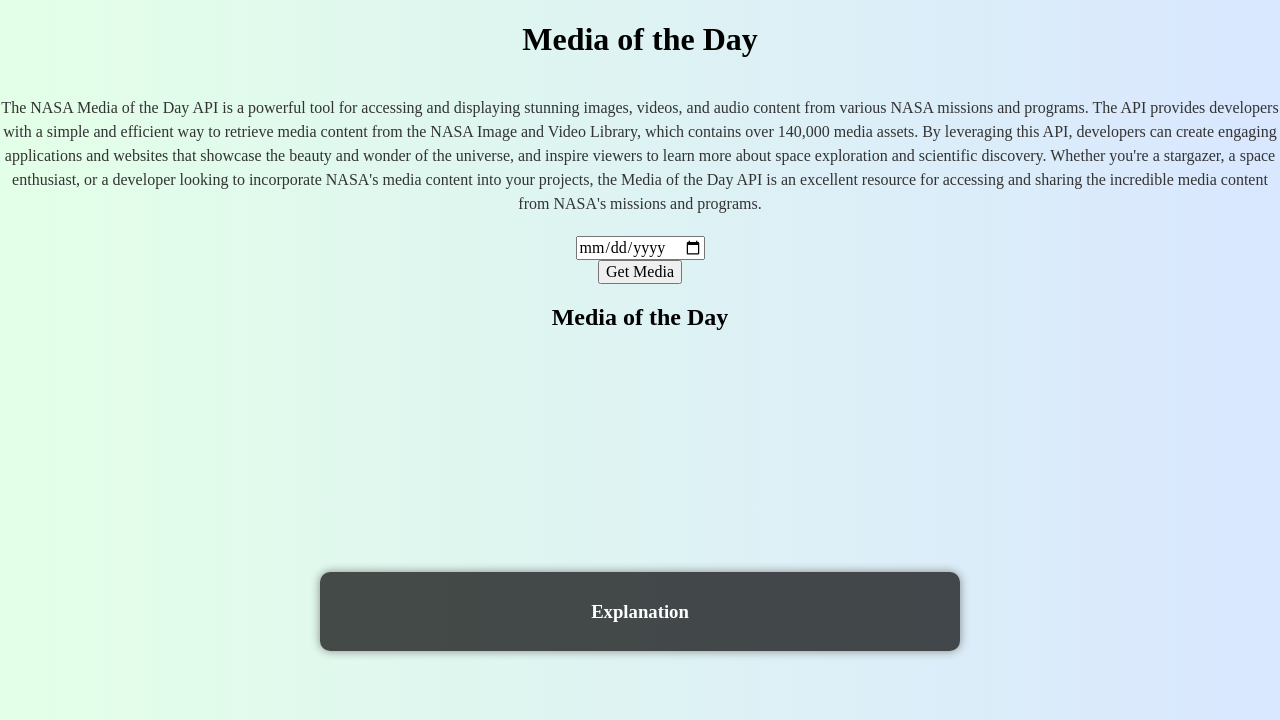
Repository: lvcg/nasa-api-template-
Page: index.html
These files come from the project's save history. The page is drawn as it stood at one moment and after the next save; the edit follows.
The browser window is 1280 px wide. The pictures show the whole page.

Above is the page before, as saved 2023-02-28 20:11:24.
Console error: TypeError: Cannot read properties of null (reading 'removeAttribute')

### index.html
<!DOCTYPE html>
<html lang="en">
  <head>
    <meta charset="utf-8">
    <meta name="description" content="A simple Picture of the Day app using NASA's API">
    <meta name="keywords" content="NASA, API, Picture of the Day, Astronomy, Space">

    <title>Nasa Media of the day</title>

    <!-- external CSS link -->
    <link rel="stylesheet" href="css/normalize.css">
    <link rel="stylesheet" href="css/style.css">
  </head>
  <body>
    <div class="container">
      <h1>Media of the Day</h1>
      <p>The NASA Media of the Day API is a powerful tool for accessing and displaying stunning images, videos, and audio content from various NASA missions and programs. The API provides developers with a simple and efficient way to retrieve media content from the NASA Image and Video Library, which contains over 140,000 media assets. By leveraging this API, developers can create engaging applications and websites that showcase the beauty and wonder of the universe, and inspire viewers to learn more about space exploration and scientific discovery. Whether you're a stargazer, a space enthusiast, or a developer looking to incorporate NASA's media content into your projects, the Media of the Day API is an excellent resource for accessing and sharing the incredible media content from NASA's missions and programs.</p>
      <input type="date" name="">
      <button type="button">Get Media</button>

      <h2>Media of the Day</h2>

      <img id="nasa-media" onclick="removeImage()" src="" alt="">

      <iframe src="" frameborder="0"></iframe>
      <div class="text-block">
        <h3>Explanation</h3>
      </div>
    </div>
    <script type="text/javascript" src="js/main.js"></script>
  </body>
</html>

### css/style.css
/* Box Model Hack */
* {
  box-sizing: border-box;
}

/* LAYOUT */
body {
  background-image: linear-gradient(90deg, #e3ffe7, #d9e7ff);
  background-repeat: no-repeat;
  background-size: cover;
  background-position: center center;
  background-attachment: fixed;
}

p {
  font-size: 16px;
  line-height: 1.5;
  color: #333;
  margin-bottom: 20px;
  text-align: center;
}


img {
  display: block;
  max-width: 100%;
  height: auto;
  margin: 30px auto;
  border-radius: 10px;
  box-shadow: 0px 0px 10px #888888;
}

/* ADDITIONAL STYLES */
/* Container holding the image and the text */
.container {
  display: flex;
  flex-direction: column;
  align-items: center;
  text-align: center;
}

/* Bottom right text */
.text-block {
  position: relative;
  bottom: 20px;
  background-color: rgba(0, 0, 0, 0.7);
  color: white;
  padding: 10px 20px;
  border-radius: 10px;
  box-shadow: 0px 0px 10px #888888;
  width: 50%;
  margin: 30px auto;
}

@media (max-width: 600px) {
  .text-block {
    width: 90%;
  }
}

### js/main.js
//Example fetch using pokemonapi.co
document.querySelector('button').addEventListener('click', getFetch)

document.getElementById('poke').removeAttribute('src');


function getFetch(){
  const choice = document.querySelector('input').value
  console.log(choice)
  const url = `https://api.nasa.gov/planetary/apod?api_key=bVXu64sjdTNsOpvxVmCosAQOme5m5yQIjCc7q4s6&date=${choice}`

  fetch(url)
      .then(res => res.json()) // parse response as JSON
      .then(data => {
        console.log(data)
        if(data.media_type === 'image'){
          document.querySelector('img').src = data.hdurl
        }else if(data.media_type === 'video'){
          document.querySelector('iframe').src = data.url
        }

        document.querySelector('h3').innerHTML = data.explanation
      })
      .catch(err => {
          console.log(`error ${err}`)
      });
}

Loaded but not shown: css/normalize.css (library)

After the next save:
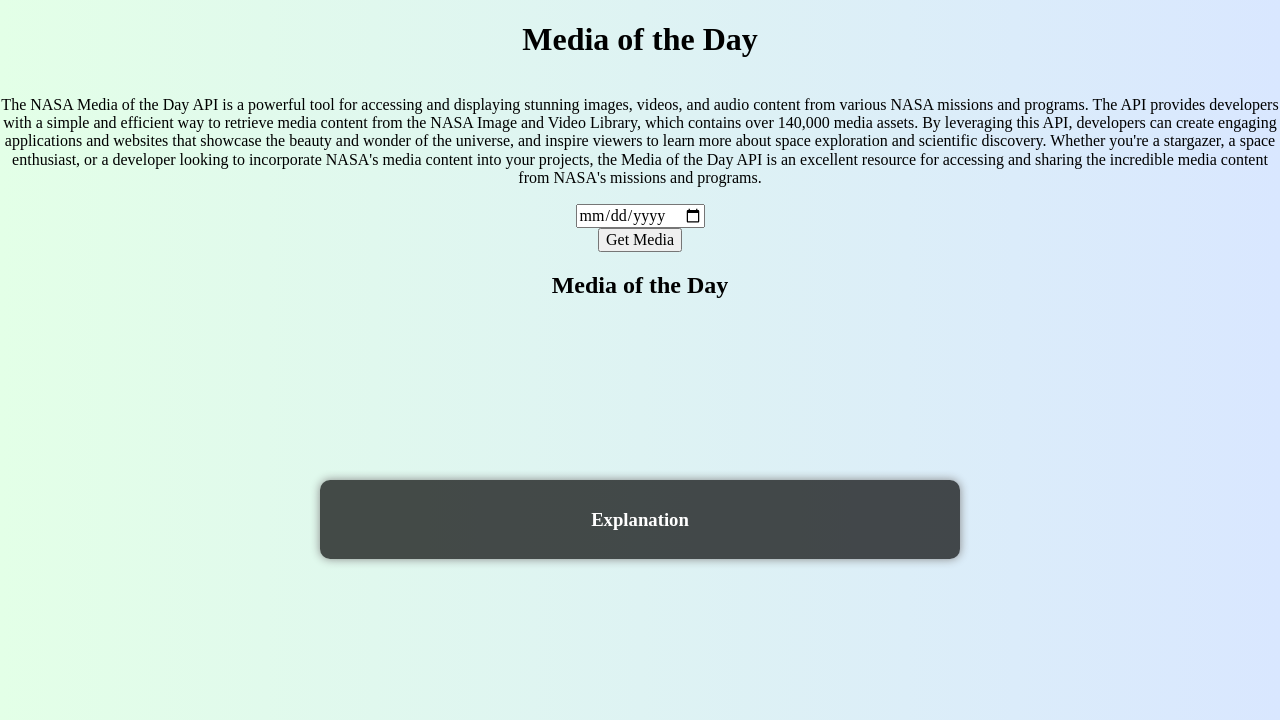
Saved 3 min 1 s later.
--- a/css/style.css
+++ b/css/style.css
@@ -12,12 +12,15 @@
   background-attachment: fixed;
 }
 
-p {
-  font-size: 16px;
-  line-height: 1.5;
-  color: #333;
-  margin-bottom: 20px;
-  text-align: center;
+position: relative;
+bottom: 20px;
+background-color: rgba(0, 0, 0, 0.7);
+color: white;
+padding: 10px 20px;
+border-radius: 10px;
+box-shadow: 0px 0px 10px #888888;
+width: 50%;
+margin: 30px auto;
 }
 
 
